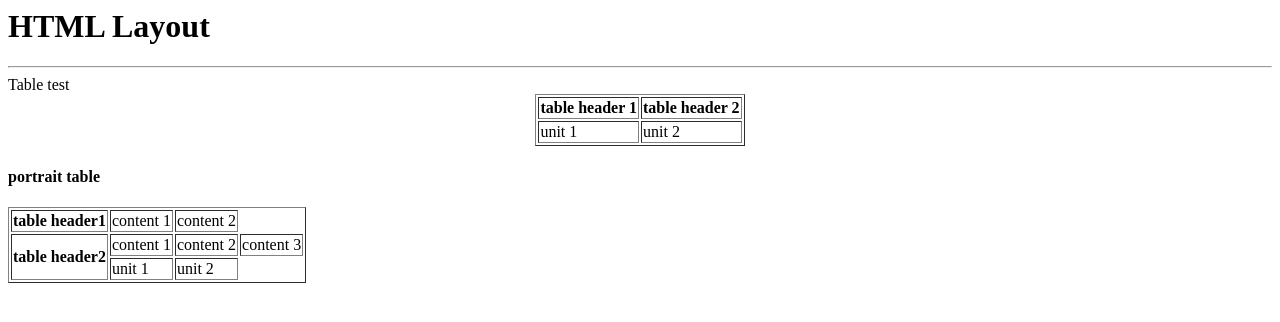
Repository: libelosophy/anjoyo
Page: workspace/QTalk/WebContent/html/table.html
The author's editor kept a copy of each file at every save. The page is drawn from the files as they stood at one save, then again after the next save.
The browser window is 1280 px wide. The pictures show the whole page.

Above is the page before, as saved 2013-09-09 11:32:22.

### workspace/QTalk/WebContent/html/table.html
<html>
<head>
<title>HTML Layout</title>
<meta name="author" content="jh">

</head>

<h1> HTML Layout </h1>
<body>
<hr />


	<table border="1" align="center"> Table test
		<tr>
			<th>table header 1</th>
			<th>table header 2</th>
		</tr>
		<tr>
			<td>unit 1</td>
			<td>unit 2</td>
		</tr>
	</table>

	<h4> portrait table </h4>
	<table border="1">
		<tr>
			<th> table header1</th>
			<td> content 1</td>
			<td> content 2</td>
		</tr>

		<tr>
			<th rowspan="2"> table header2</th>
			<td> content 1</td>
			<td> content 2</td>
			<td colspan ="3"> content 3</td>
		</tr>
		<tr>
			<td> unit 1 </td>
			<td> unit 2 </td>
		</tr>

	</table>


</body>
</html>

After the next save:
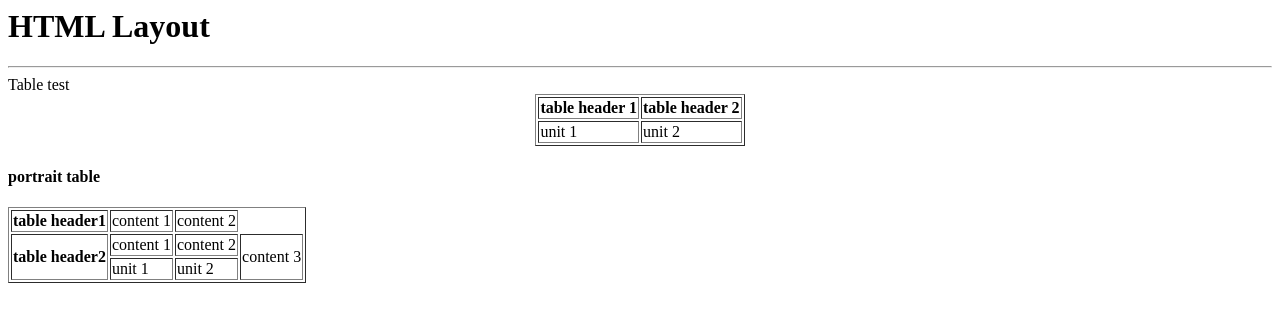
Saved 74 s later.
--- a/workspace/QTalk/WebContent/html/table.html
+++ b/workspace/QTalk/WebContent/html/table.html
@@ -33,7 +33,7 @@
 			<th rowspan="2"> table header2</th>
 			<td> content 1</td>
 			<td> content 2</td>
-			<td colspan ="3"> content 3</td>
+			<td rowspan ="3"> content 3</td>
 		</tr>
 		<tr>
 			<td> unit 1 </td>
